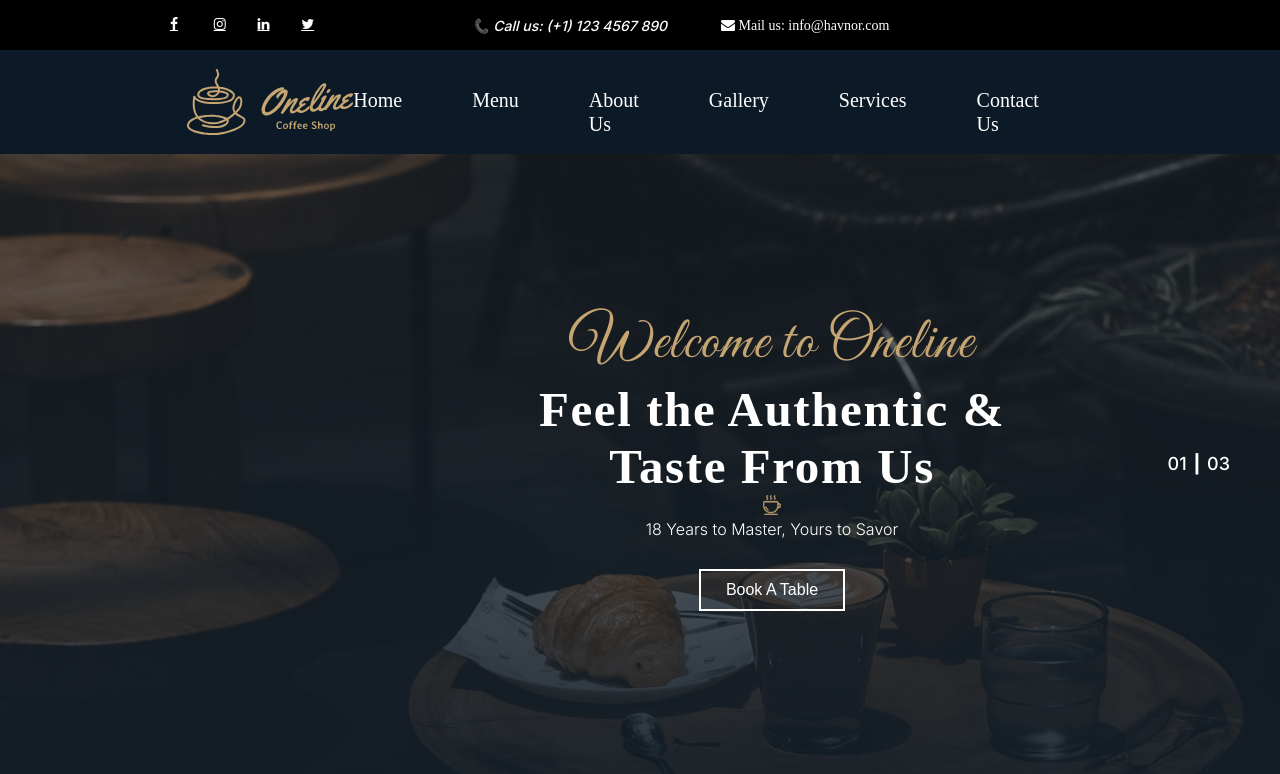
Repository: abhayzulasana/Online-Coffee-Shop
Page: index.html
These files come from the project's save history. The page is drawn as it stood at one moment and after a run of saves; the edit follows.
The browser window is 1280 px wide. The pictures show the whole page.

Above is the page before, as saved 2025-05-14 10:32:07.

After the next 2 saves:
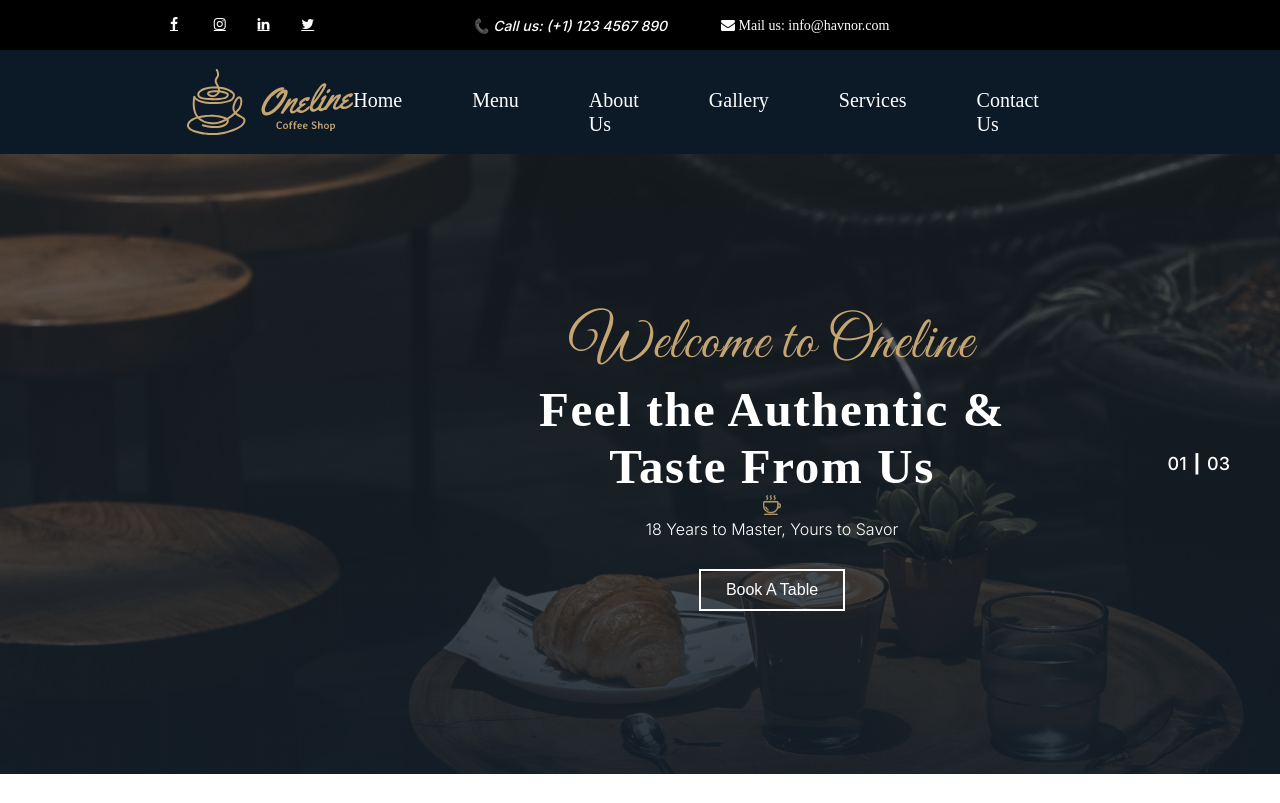
The 2 saves are shown as one change because they came seconds apart.
The last was saved 8 s later.
--- a/index.html
+++ b/index.html
@@ -62,7 +62,9 @@
     </div>
   </section>
   <section>
-    <div></div>
+    <div>
+      <h1>hello</h1>
+    </div>
   </section>
 </body>
 </html>
